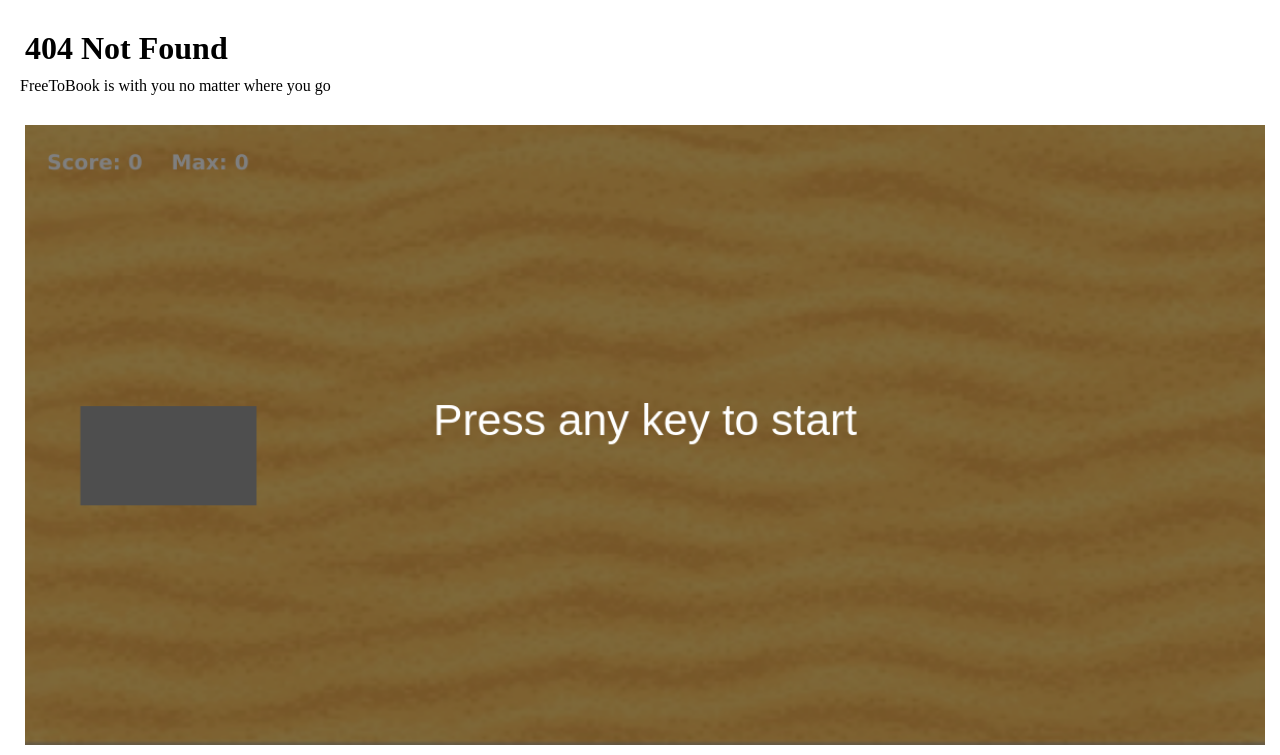
Repository: btgoo/game
Page: car.html
The author's editor kept a copy of each file at every save. The page is drawn from the files as they stood at one save, then again after a run of saves.
The browser window is 1280 px wide. The pictures show the whole page.

Above is the page before, as saved 2025-10-26 03:11:14.

### car.html
<!DOCTYPE html>
<script src="carscript.js" defer type="module"></script>
<link rel="stylesheet" href="car_style.css">
<html lang="en">
<head>
    <meta charset="UTF-8">
    <meta http-equiv="X-UA-Compatible" content="IE=edge" />
    <meta name="viewport" content="width=device-width, initial-scale=1.0">
    <title>CarGo</title>
</head>
<body>
    <h1>404 Not Found</h1>
    FreeToBook is with you no matter where you go
    <p id="demo"></p>
    <canvas id="game">
    </canvas>
</body>
 </html>

### carscript.js
const canvas = document.getElementById("game");
const ctx = canvas.getContext("2d");

const GAME_WIDTH = 1200;
const GAME_HEIGHT = 600;
const PLAYER_WIDTH = 160;
const PLAYER_HEIGHT = 90;
const CACTI_WIDTH = 78;
const CACTI_Height = 90;

const NUM_LANES = 5;

const obstacleData = [
    {src: "./assets/car_images/cactus_1.png", width:CACTI_WIDTH, height:CACTI_WIDTH},
    {src: "./assets/car_images/cactus_2.png", width:CACTI_WIDTH, height:CACTI_Height},
    {src: "./assets/car_images/cactus_3.png", width:CACTI_WIDTH, height:CACTI_Height},
    {src: "./assets/car_images/cactus_1.png", width:CACTI_WIDTH, height:CACTI_WIDTH},
    {src: "./assets/car_images/cactus_2.png", width:CACTI_WIDTH, height:CACTI_Height},
    {src: "./assets/car_images/cactus_3.png", width:CACTI_WIDTH, height:CACTI_Height},
    {src: "./assets/car_images/tumbleweed.png", width:CACTI_WIDTH, height:CACTI_WIDTH},
    {src: "./assets/car_images/red_car.png", width:PLAYER_WIDTH, height:PLAYER_HEIGHT},
    {src: "./assets/car_images/green_car.png", width:PLAYER_WIDTH, height:PLAYER_HEIGHT},
];

let obstacleImgs = [];
obstacleData.forEach(data => {
    const img = new Image();
    img.src = data.src;
    img.width = data.width;
    img.height = data.height;
    obstacleImgs.push(img);
});

const explosionImg = new Image();
explosionImg.src = "./assets/car_images/explosion_sprite.png";

let explosions = [];

let scaleRatio = null;
let backgroundX = 0;
let gameSpeed = 3;
let speedIncreaseRate = 0.0001;

let gameRunning = false;
let gameOver = false;

let score = 0;
let maxScore = 0;

let car = {
    x: GAME_WIDTH / 24,
    width: PLAYER_WIDTH,
    height: PLAYER_HEIGHT,
    lane: 2,
};

let obstacles = [];
let obstacleTimer = 0;
let obstacleInterval = 80;
let lanes = [];

function setupLanes() {
    const laneHeight = GAME_HEIGHT / NUM_LANES;
    lanes = [];
    for (let i = 0; i < NUM_LANES; i++) {
        lanes.push(laneHeight * i + (laneHeight - car.height) / 2);
    }
    car.y = lanes[car.lane];
}

function getScaleRatio() {
    const screenHeight = Math.min(window.innerHeight, document.documentElement.clientHeight);
    const screenWidth = Math.min(window.innerWidth, document.documentElement.clientWidth);

    if (screenWidth / screenHeight < GAME_WIDTH / GAME_HEIGHT) {
        return screenWidth / GAME_WIDTH;
    } else {
        return screenHeight / GAME_HEIGHT;
    }
}

function setScreen() {
    scaleRatio = getScaleRatio();
    if ((GAME_WIDTH*scaleRatio) < GAME_WIDTH && (GAME_HEIGHT*scaleRatio) < GAME_HEIGHT){
        canvas.width = GAME_WIDTH * scaleRatio;
        canvas.height = GAME_HEIGHT * scaleRatio;
        } else {
        canvas.width = GAME_WIDTH;
        canvas.height = GAME_HEIGHT;
    }
  setupLanes();
}

setScreen();
window.addEventListener("resize", () => {
    setScreen();
    drawScene();
});

const backgroundImg = new Image();
backgroundImg.src = "./assets/car_images/background.png";

const carImg = new Image();
carImg.src = "./assets/car_images/blue_car.png";

backgroundImg.onload = requestAnimationFrame(gameLoop);
carImg.onload = () => requestAnimationFrame(gameLoop);

backgroundImg.onload = drawStartScreen;
carImg.onload = drawStartScreen;


function drawStartScreen() {
    drawScene();
    ctx.fillStyle = "rgba(0, 0, 0, 0.5)";
    ctx.fillRect(0, 0, canvas.width, canvas.height);

    ctx.fillStyle = "white";
    ctx.font = `${40 * scaleRatio}px Arial`;
    ctx.textAlign = "center";
    ctx.fillText("Press any key to start", canvas.width / 2, canvas.height / 2);
}

function drawScene() {
    ctx.clearRect(0, 0, canvas.width, canvas.height);

    const bgWidth = canvas.width;
    const bgHeight = canvas.height;
    let bgX = -backgroundX * scaleRatio;

    ctx.drawImage(backgroundImg, bgX, 0, bgWidth, bgHeight);
    ctx.drawImage(backgroundImg, bgX + bgWidth, 0, bgWidth, bgHeight);

    ctx.fillStyle = "white";
    ctx.font = `bold ${20}px Verdana`;
    ctx.textAlign = "left";
    ctx.fillText(`Score: ${score}    Max: ${maxScore}`, 20 * scaleRatio, 40 * scaleRatio);

    if (backgroundX * scaleRatio >= bgWidth) backgroundX = 0;

    obstacles.forEach((ob) => {
        ctx.drawImage(
        ob.img,
        ob.x * scaleRatio,
        ob.y * scaleRatio,
        ob.width * scaleRatio,
        ob.height * scaleRatio
        );
    });

    if (!gameOver) {
        ctx.drawImage(
            carImg,
            car.x * scaleRatio,
            car.y * scaleRatio,
            car.width * scaleRatio,
            car.height * scaleRatio
        );
    }
    explosions.forEach((ex, i) => {
        const frameWidth = explosionImg.width / ex.maxFrames;
        const frameHeight = explosionImg.height;

        ctx.drawImage(
            explosionImg,
            frameWidth * ex.frame,
            0,
            frameWidth,
            frameHeight,
            ex.x * scaleRatio,
            ex.y * scaleRatio,
            ex.width * scaleRatio,
            ex.height * scaleRatio
        );

        ex.tick++;
        if (ex.tick % ex.frameSpeed === 0) {
            ex.frame++;
        }
        if (ex.frame >= ex.maxFrames) {
            explosions.splice(i, 1);
        }
    });
    if (gameOver) {
        ctx.fillStyle = "rgba(0, 0, 0, 0.6)";
        ctx.fillRect(0, 0, canvas.width, canvas.height);
        ctx.fillStyle = "white";
        ctx.font = `${60 * scaleRatio}px Arial Black`;
        ctx.textAlign = "center";
        ctx.fillText("GAME OVER", canvas.width / 2, canvas.height / 2);
        ctx.font = `${30 * scaleRatio}px Arial`;
        ctx.fillText("Press any key to restart", canvas.width / 2, canvas.height / 2 + 60 * scaleRatio);
    }
}

function gameLoop() {
    if (gameRunning && !gameOver) {
        backgroundX += gameSpeed;

        obstacleTimer++;
        if (obstacleTimer > obstacleInterval) {
            spawnObstacle();
            obstacleTimer = 0;
            obstacleInterval = 100 + Math.random() * 10;
        }

        obstacles.forEach((ob) => {
            ob.x -= gameSpeed;

            if (!ob.counted && ob.x + ob.width < car.x) {
                score++;
                ob.counted = true;

                if (score > maxScore) {
                    maxScore = score;
                }
            }
        });

        obstacles = obstacles.filter((ob) => ob.x + ob.width > 0);

        checkCollisions();

        gameSpeed += speedIncreaseRate;

        drawScene();
    }
    requestAnimationFrame(gameLoop);
}
requestAnimationFrame(gameLoop);

function checkCollisions() {
    obstacles.forEach((ob, index) => {
      const carLeft = car.x;
      const carRight = car.x + car.width;
      const carTop = car.y;
      const carBottom = car.y + car.height;

      const obLeft = ob.x;
      const obRight = ob.x + ob.width-10;
      const obTop = ob.y;
      const obBottom = ob.y + ob.height;

      const horizontalOverlap = carLeft < obRight && carRight > obLeft;
      const verticalOverlap = carTop < obBottom && carBottom > obTop;

      if (horizontalOverlap && verticalOverlap) {
        spawnExplosion(car.x, car.y, car.width, car.height);
        setTimeout(setGameOver, 100);
      }
    });
}

function setGameOver(){
    gameRunning = false;
    gameOver = true
    drawScene();
}

function spawnObstacle() {
    const lane = Math.floor(Math.random() * NUM_LANES);
    const imgIndex = Math.floor(Math.random() * obstacleImgs.length);
    const chosenImg = obstacleImgs[imgIndex];

    const newObstacle = {
        x: GAME_WIDTH + 50,
        y: lanes[lane],
        width: chosenImg.width,
        height: chosenImg.height,
        lane: lane,
        img: chosenImg
    };
    obstacles.push(newObstacle);
}

function spawnExplosion(x, y, width, height) {
    explosions.push({
        x: x,
        y: y,
        width: width,
        height: height,
        frame: 0,
        maxFrames: 15,
        frameSpeed: 3,
        tick: 0
    });
}

window.addEventListener("keydown", (e) => {
    if (!gameRunning && !gameOver) {
      // start
      gameRunning = true;
        obstacles = [];
        explosions = [];
        backgroundX = 0;
        gameSpeed = 3;
        score = 0;
        drawScene();
    } else if (gameOver) {
      // restart
        gameOver = false;
        gameRunning = true;
        backgroundX = 0;
        obstacles = [];
        explosions = [];
        gameSpeed = 3;
        score = 0;
    } else {
      // move car if running
      if (e.key === "ArrowUp" && car.lane > 0) {
        car.lane--;
      } else if (e.key === "ArrowDown" && car.lane < NUM_LANES - 1) {
        car.lane++;
      }
      car.y = lanes[car.lane];
    }
});

### car_style.css
* {
    padding: 5px;
    padding-top: 10px;
    padding-bottom: 10px;
    margin: 0px;
}
body{
    padding-left: 15px;
    display:flex;
    flex-direction: column;
    height: 90vh;

    /* user-select: none;
    touch-action: none;
    -webkit-touch-callout: none;
    -webkit-user-select: none;
    -khtml-user-select: none;
    -moz-user-select: none;
    -ms-user-select: none;
    user-select: none;
    outline: none;
    -webkit-tap-highlight-color: rgba(255, 255, 255, 0); */
}

After the next 3 saves:
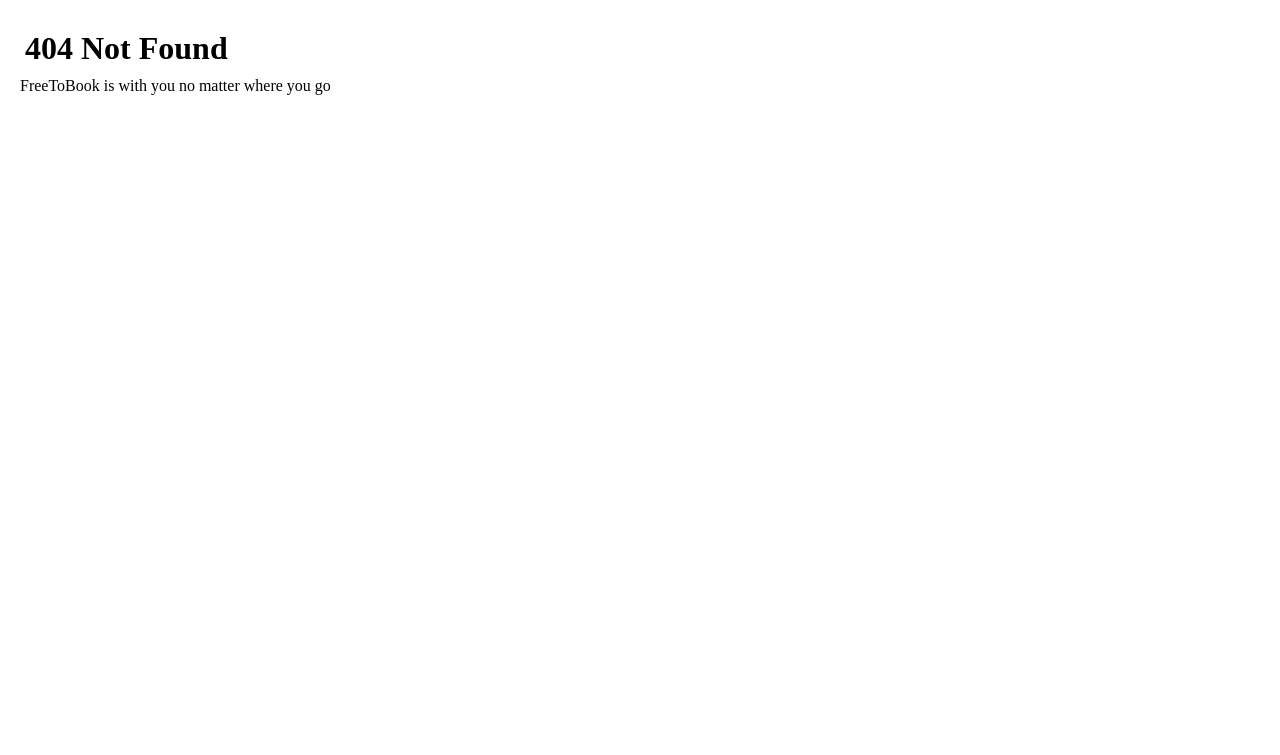
Console error: TypeError: GAME_WIDTH is not a function
The 3 saves are shown as one change because they came seconds apart.
The last was saved 18 s later.
--- a/carscript.js
+++ b/carscript.js
@@ -81,7 +81,7 @@
 
 function setScreen() {
     scaleRatio = getScaleRatio();
-    if ((GAME_WIDTH*scaleRatio) < GAME_WIDTH && (GAME_HEIGHT*scaleRatio) < GAME_HEIGHT){
+    if ((GAME_WIDTH*scaleRatio) < GAME_WIDTH  (GAME_HEIGHT*scaleRatio) < GAME_HEIGHT){
         canvas.width = GAME_WIDTH * scaleRatio;
         canvas.height = GAME_HEIGHT * scaleRatio;
         } else {

After the save that followed:
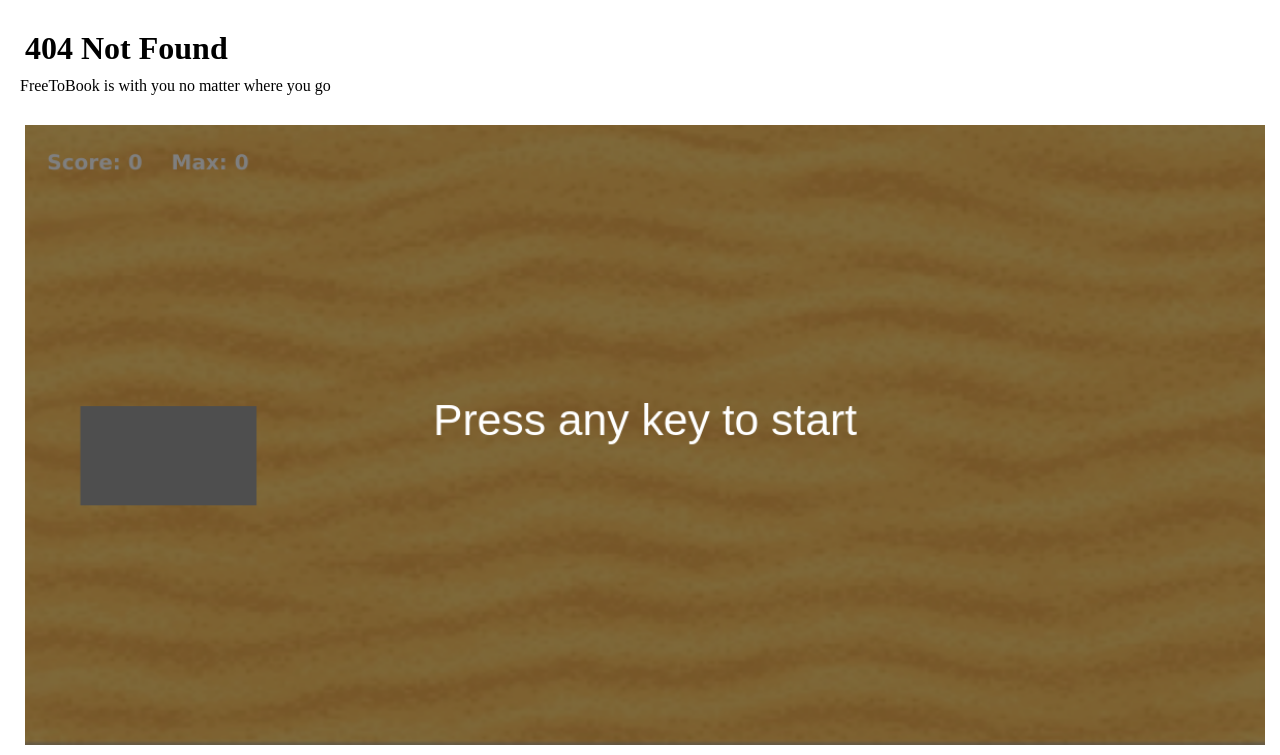
The error is gone.
Saved 32 s later.
--- a/carscript.js
+++ b/carscript.js
@@ -81,7 +81,7 @@
 
 function setScreen() {
     scaleRatio = getScaleRatio();
-    if ((GAME_WIDTH*scaleRatio) < GAME_WIDTH  (GAME_HEIGHT*scaleRatio) < GAME_HEIGHT){
+    if ((GAME_WIDTH*scaleRatio) < GAME_WIDTH || (GAME_HEIGHT*scaleRatio) < GAME_HEIGHT){
         canvas.width = GAME_WIDTH * scaleRatio;
         canvas.height = GAME_HEIGHT * scaleRatio;
         } else {
